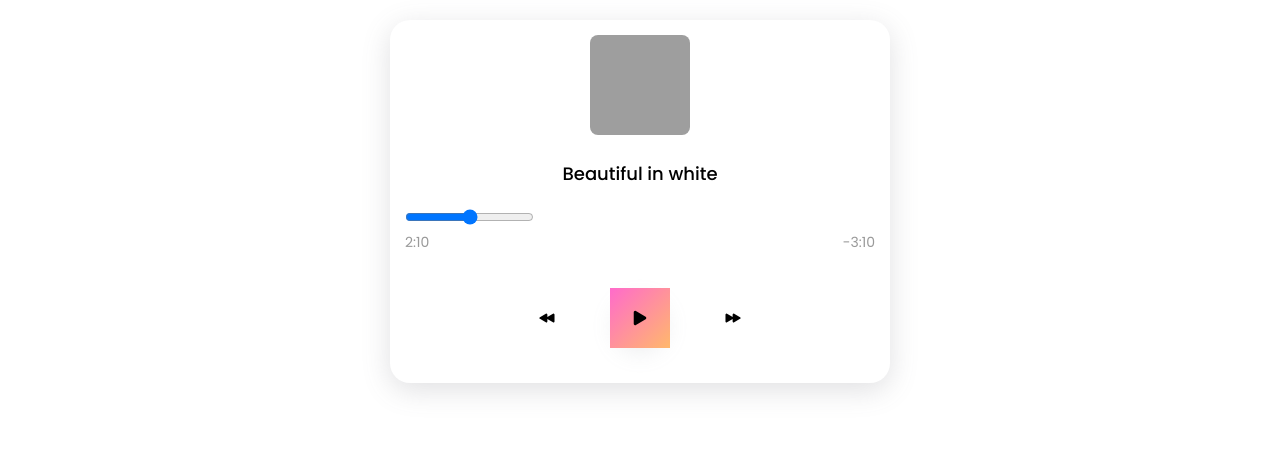
Repository: quyenpv10/mp3__music
Page: index.html
These files come from the project's save history. The page is drawn as it stood at one moment and after the next save; the edit follows.
The browser window is 1280 px wide. The pictures show the whole page.
Pictures or frames that could not be fetched are drawn as grey boxes.

Above is the page before, as saved 2021-12-10 20:16:24.

### index.html
<!DOCTYPE html>
<html lang="en">

<head>
    <meta charset="UTF-8">
    <meta http-equiv="X-UA-Compatible" content="IE=edge">
    <meta name="viewport" content="width=device-width, initial-scale=1.0">
    <title>Mp3 Player</title>
    <link rel="preconnect" href="https://fonts.googleapis.com">
    <link rel="preconnect" href="https://fonts.gstatic.com" crossorigin>
    <link href="https://fonts.googleapis.com/css2?family=Mulish:wght@300;400;500;700&family=Poppins:wght@300;400;500;600;700&display=swap" rel="stylesheet">
    <link rel="stylesheet" href="./app.css">
    <script type="module" src="https://unpkg.com/ionicons@5.5.2/dist/ionicons/ionicons.esm.js"></script>
    <script nomodule src="https://unpkg.com/ionicons@5.5.2/dist/ionicons/ionicons.js"></script>
</head>

<body>
    <div class="music">
        <div class="music-thumb">
            <img src="./images/8L0A0168.jpg" alt="">
        </div>
        <h3 class="music-name">Beautiful in white</h3>
        <input type="range" name="song" id="song">
        <div class="timer">
            <div class="duration">2:10</div>
            <div class="remaining">-3:10</div>
        </div>
        <div class="controls">
            <ion-icon name="play-back" class="play-back"></ion-icon>
            <div class="play">
                <div class="play-inner"></div>
                <ion-icon name="play"></ion-icon>
            </div>
            <ion-icon name="play-forward" class="play-forward"></ion-icon>

        </div>
    </div>

</body>

</html>

### app.css
html {
    box-sizing: border-box;
}

* {
    margin: 0;
    padding: 0;
}

*,
*:before,
*:after {
    box-sizing: border-box;
}

input,
textarea,
select,
button {
    outline: none;
}

input {
    line-height: normal;
}

label,
button {
    cursor: pointer;
}

a {
    text-decoration: none;
}

img {
    display: block;
    max-width: 100%;
}

body {
    font-family: 'Poppins', sans-serif;
    padding: 20px;
}

.music {
    max-width: 500px;
    margin: 0 auto;
    border-radius: 20px;
    background-color: white;
    box-shadow: rgba(100, 100, 111, 0.2) 0px 7px 29px 0px;
    padding: 15px 15px 40px;
}

.music-thumb {
    width: 100px;
    height: 100px;
    margin: 0 auto 25px;
}

.music-thumb img {
    width: 100%;
    height: 100%;
    object-fit: cover;
    border-radius: 8px;
}

.music-name {
    font-size: 18px;
    font-weight: 500;
    text-align: center;
    margin-bottom: 20px;
}

.timer {
    display: flex;
    justify-content: space-between;
    align-items: center;
    font-size: 14px;
    color: #999;
    margin-bottom: 40px;
}

.controls {
    display: flex;
    justify-content: center;
    align-items: center;
    gap: 0 60px;
}

.play {
    width: 50px;
    height: 50px;
    border-radius: 100rem;
    background-color: white;
    display: flex;
    justify-content: center;
    align-items: center;
    cursor: pointer;
    box-shadow: rgba(149, 157, 165, 0.2) 0px 8px 24px;
    font-size: 20px;
    position: relative;
}

.play::before {
    content: "";
    position: absolute;
    inset: 0;
    background-image: linear-gradient(to right bottom, #ff6bcb, #ffb86c);
    transform: scale(1.2);
}

.play-back,
.play-forward {
    cursor: pointer;
}

After the next save:
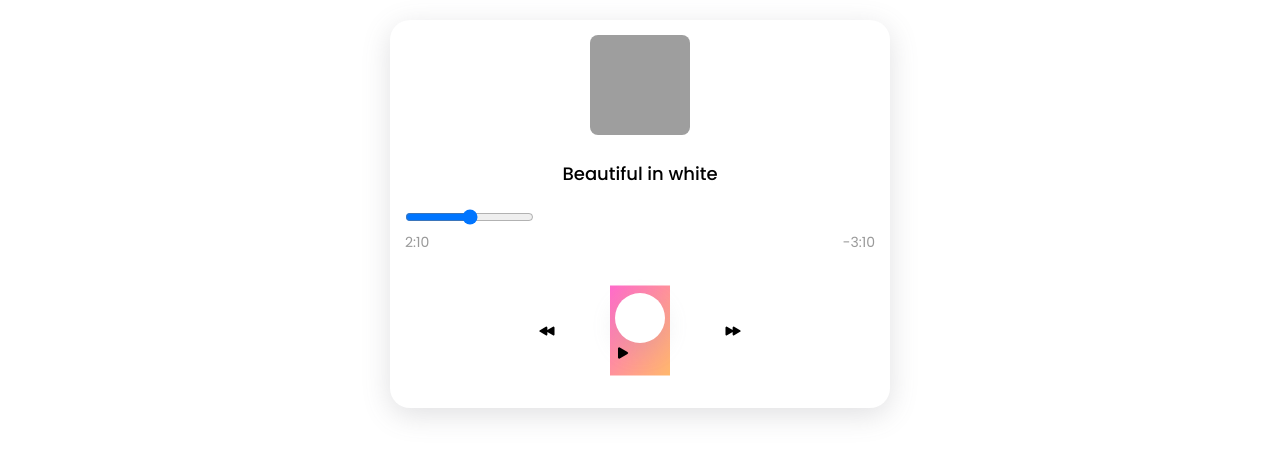
Saved 61 s later.
--- a/app.css
+++ b/app.css
@@ -89,6 +89,18 @@ body {
 }
 
 .play {
+    position: relative;
+}
+
+.play::before {
+    content: "";
+    position: absolute;
+    inset: 0;
+    background-image: linear-gradient(to right bottom, #ff6bcb, #ffb86c);
+    transform: scale(1.2);
+}
+
+.play-inner {
     width: 50px;
     height: 50px;
     border-radius: 100rem;
@@ -102,14 +114,6 @@ body {
     position: relative;
 }
 
-.play::before {
-    content: "";
-    position: absolute;
-    inset: 0;
-    background-image: linear-gradient(to right bottom, #ff6bcb, #ffb86c);
-    transform: scale(1.2);
-}
-
 .play-back,
 .play-forward {
     cursor: pointer;
